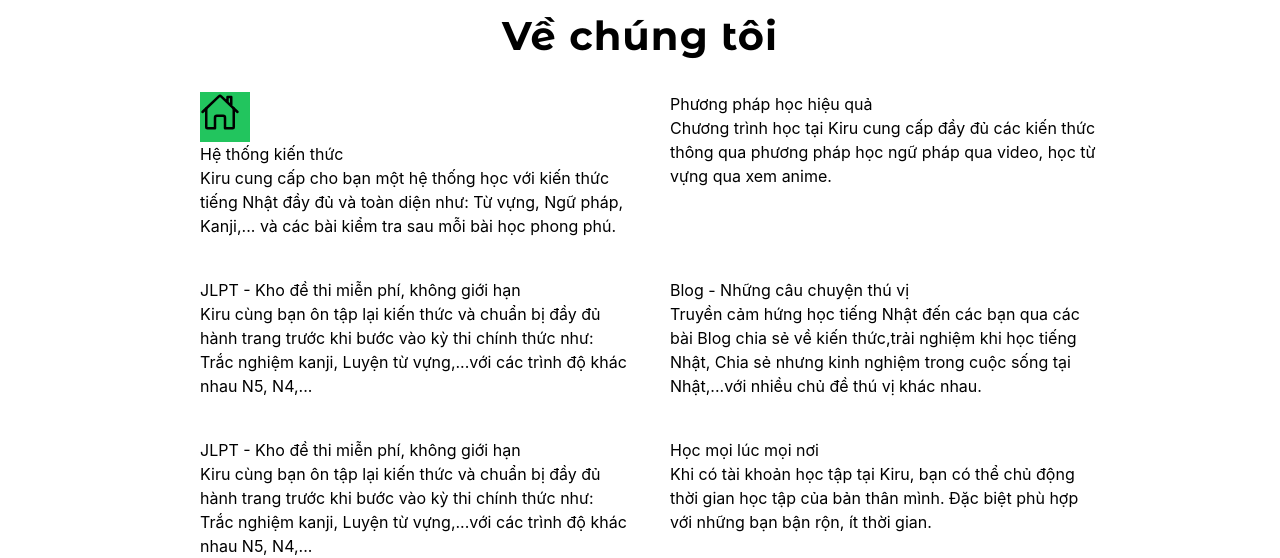
Repository: Quynhhuong150322/Kiru_Website-hoc-tieng-Nhat
Page: /
An editor plug-in stored every save of this project. The page is shown before and after the next save, followed by the edit.
The browser window is 1280 px wide. The pictures show the part of the page from y = 820 to 1378 px (the page is 1378 px tall).
The project was rebuilt for these pictures with package versions that can differ from the ones it lists, and the page was loaded fresh each time.

Above is the page before, as saved 2023-08-13 16:53:37.

After the next save:
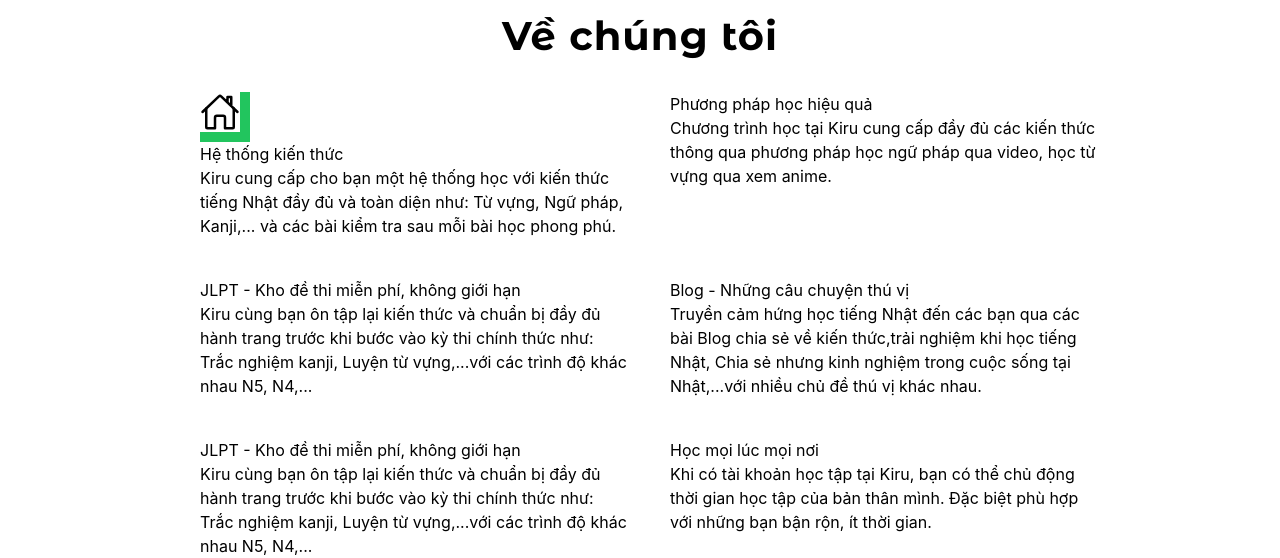
Saved 2 min 7 s later.
--- a/src/component/Gioi_thieu.js
+++ b/src/component/Gioi_thieu.js
@@ -40,7 +40,7 @@
                         <div className="">
                             <div className="">
                                 <div className="h-[50px] w-[50px] bg-green-500 text-[40px] font-[600] cursor-pointer items-center text-center">
-                                    <IoHomeOutline/>
+                                    <IoHomeOutline className="bg-white"/>
                                 </div>
                                 <p className="">Hệ thống kiến thức</p>
                             </div>

After the save that followed:
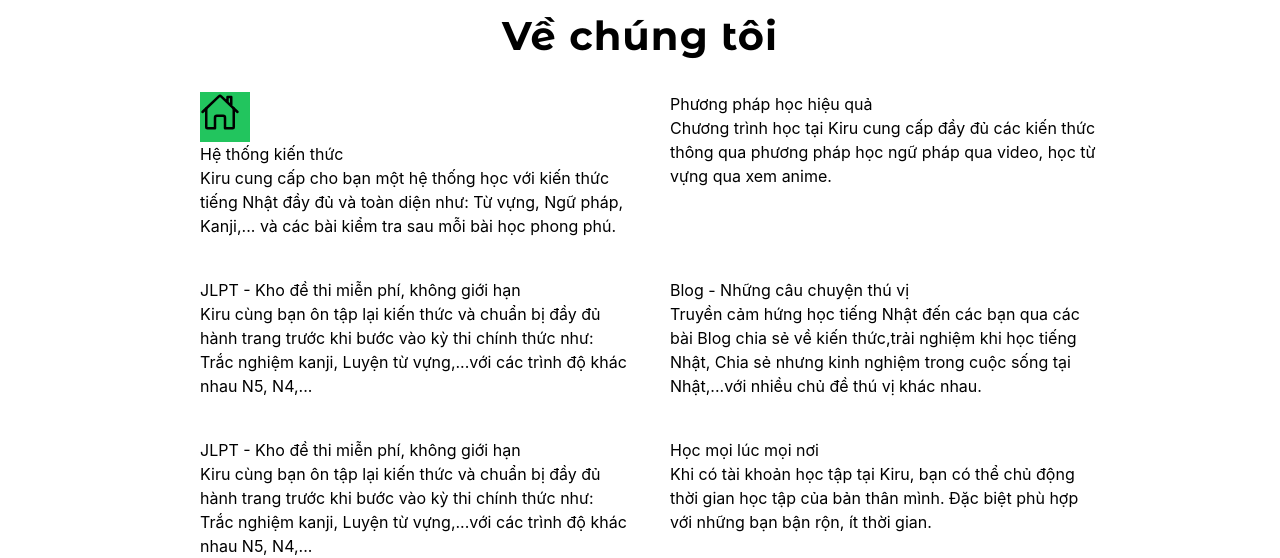
Saved 22 s later.
--- a/src/component/Gioi_thieu.js
+++ b/src/component/Gioi_thieu.js
@@ -40,7 +40,7 @@
                         <div className="">
                             <div className="">
                                 <div className="h-[50px] w-[50px] bg-green-500 text-[40px] font-[600] cursor-pointer items-center text-center">
-                                    <IoHomeOutline className="bg-white"/>
+                                    <IoHomeOutline/>
                                 </div>
                                 <p className="">Hệ thống kiến thức</p>
                             </div>
